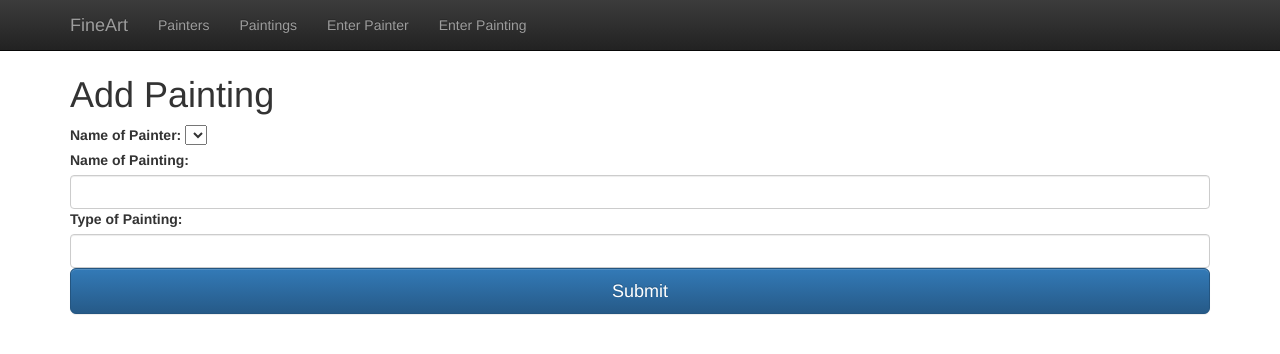
Repository: amybach1/FineArt
Page: http://localhost/paintingForm.php
The author's editor kept a record of every edit. The page is drawn from the files as they stood at one moment, then again after the next edit.
The browser window is 1280 px wide. The pictures show the whole page.
Some web fonts or font styles are not loaded; a fallback is used. The page is run by PHP 8.4 with error messages shown; the project is at /var/www/html/. Queries for data that is not in the repository find no rows.

Above is the page before.
Console error (its wording comes from the project's code and is left out).

### paintingForm.php
<?php
include 'dbConnection.php';

//Query for related data dropdown
$sql = "SELECT ID, name FROM Painters";

$Painters = $conn->query($sql);


include 'head.php'
?>


      <h1 class="form-signin-heading">Add Painting</h1>

      <form action="addPainting.php" method="post" class="form-signin">
        <label for="Painting_ID">Name of Painter:</label>
            <select name="Painter_ID">
                <?php
                  if ($Painters->num_rows > 0) {
                  // output data of each row
                  while($Painter = $Painters->fetch_assoc()) {
                    echo "<option value='" . $Painter["ID"] ."'";
                    echo ">" . $Painter["name"] . "</option>";
                    }
                  }
                ?>

            </select>

        <div></div>
        <label for="name">Name of Painting:</label>
        <input type="text" name="name" class="form-control"/>

        <label for="type">Type of Painting:</label>
        <input type="text" name="type" class="form-control"/>

        <button type="submit" class="btn btn-lg btn-primary btn-block">Submit</button>

      </form>
    </div>
  </body>
</html>

### dbConnection.php
 <?php

            //Connect to the database
            $host = "127.0.0.1";
            $user = "amybach1";                     //Your Cloud 9 username
            $pass = "";                                  //Remember, there is NO password by default!
            $db = "FineArt";                                  //Your database name you want to connect to
            $port = 3306;                                //The port #. It is always 3306

            // Create connection
            $conn = new mysqli($host, $user, $pass, $db);
            // Check connection
            if ($conn->connect_error) {
                die("Connection failed: " . $conn->connect_error);
            }

?>

### head.php
<!DOCTYPE html>
<html lang="en">
  <head>
    <meta charset="utf-8">
    <meta http-equiv="X-UA-Compatible" content="IE=edge">
    <meta name="viewport" content="width=device-width, initial-scale=1">
        <title> Fine Art </title>

        <!-- linking stylesheet -->
        <link href="styles.css" rel="stylesheet">

                <!-- linking font -->
        <link href="https://fonts.googleapis.com/css?family=Sansita" rel="stylesheet">

        <!-- Latest compiled and minified CSS -->
            <link rel="stylesheet" href="https://maxcdn.bootstrapcdn.com/bootstrap/3.3.7/css/bootstrap.min.css" integrity="sha384-BVYiiSIFeK1dGmJRAkycuHAHRg32OmUcww7on3RYdg4Va+PmSTsz/K68vbdEjh4u" crossorigin="anonymous">

            <!-- Optional theme -->
            <link rel="stylesheet" href="https://maxcdn.bootstrapcdn.com/bootstrap/3.3.7/css/bootstrap-theme.min.css" integrity="sha384-rHyoN1iRsVXV4nD0JutlnGaslCJuC7uwjduW9SVrLvRYooPp2bWYgmgJQIXwl/Sp" crossorigin="anonymous">

            <!-- Latest compiled and minified JavaScript -->
            <script src="https://maxcdn.bootstrapcdn.com/bootstrap/3.3.7/js/bootstrap.min.js" integrity="sha384-Tc5IQib027qvyjSMfHjOMaLkfuWVxZxUPnCJA7l2mCWNIpG9mGCD8wGNIcPD7Txa" crossorigin="anonymous"></script>
    </head>

    <body>
        <?php include 'nav.php' ?>
        <div class="container">

### nav.php
<nav class="navbar navbar-inverse navbar-fixed-top">
  <div class="container">
    <div class="navbar-header">
      <button type="button" class="navbar-toggle collapsed" data-toggle="collapse" data-target="#navbar" aria-expanded="false" aria-controls="navbar">
        <span class="sr-only">Toggle navigation</span>
        <span class="icon-bar"></span>
        <span class="icon-bar"></span>
        <span class="icon-bar"></span>
      </button>
      <a class="navbar-brand" href="/">FineArt</a>
    </div>
    <div id="navbar" class="collapse navbar-collapse">
      <ul class="nav navbar-nav">
        <li><a href="painters.php">Painters</a> </li>
        <li><a href="paintings.php">Paintings</a> </li>
        <li><a href="painterForm.php">Enter Painter</a></li>
        <li><a href="paintingForm.php">Enter Painting</a></li>
      </ul>
    </div><!--/.nav-collapse -->
  </div>
</nav>

### styles.css
body {
    padding-top:55px;
    padding-bottom: 40px;
    background-color: #f0f8ff;
}

p {
padding:5px;
color:#A9A9A9;
}

h1
{
font-family: 'Sansita', sans-serif;
font-weight:bold;
}

After the next edit:
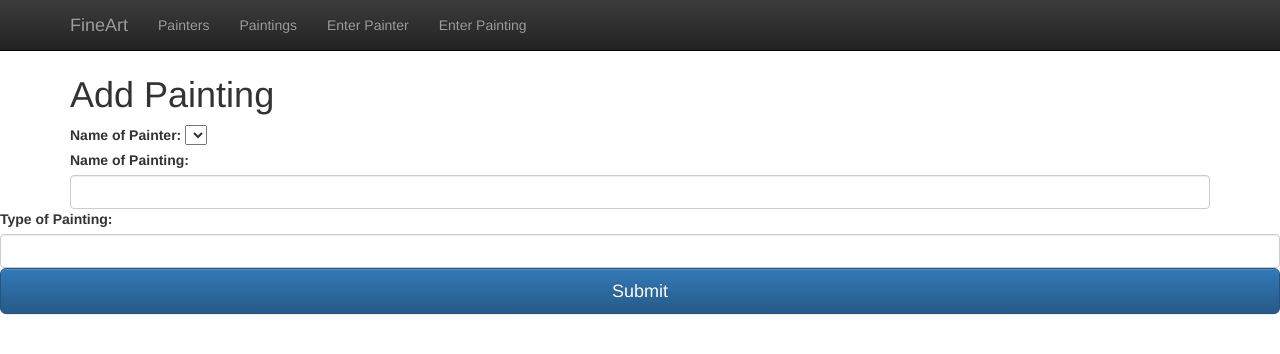
The edit:
--- a/paintingForm.php
+++ b/paintingForm.php
@@ -31,7 +31,8 @@
         <div></div>
         <label for="name">Name of Painting:</label>
         <input type="text" name="name" class="form-control"/>
-
+        </div>
+        <div>
         <label for="type">Type of Painting:</label>
         <input type="text" name="type" class="form-control"/>
 

After the 2 edits that followed:
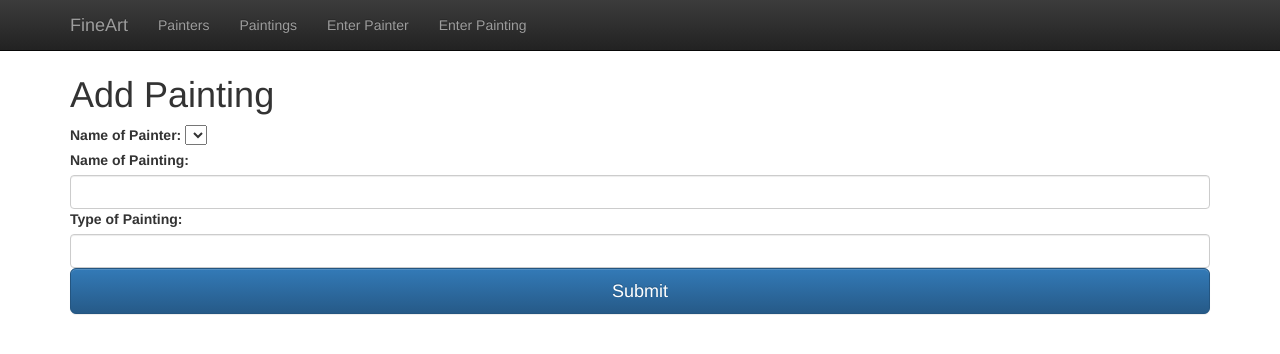
The 2 edits are shown as one change because 1 left the picture as it was.
The edit:
--- a/paintingForm.php
+++ b/paintingForm.php
@@ -28,14 +28,14 @@
 
             </select>
 
-        <div></div>
+        <div>
         <label for="name">Name of Painting:</label>
         <input type="text" name="name" class="form-control"/>
         </div>
         <div>
         <label for="type">Type of Painting:</label>
         <input type="text" name="type" class="form-control"/>
-
+        </div>
         <button type="submit" class="btn btn-lg btn-primary btn-block">Submit</button>
 
       </form>
